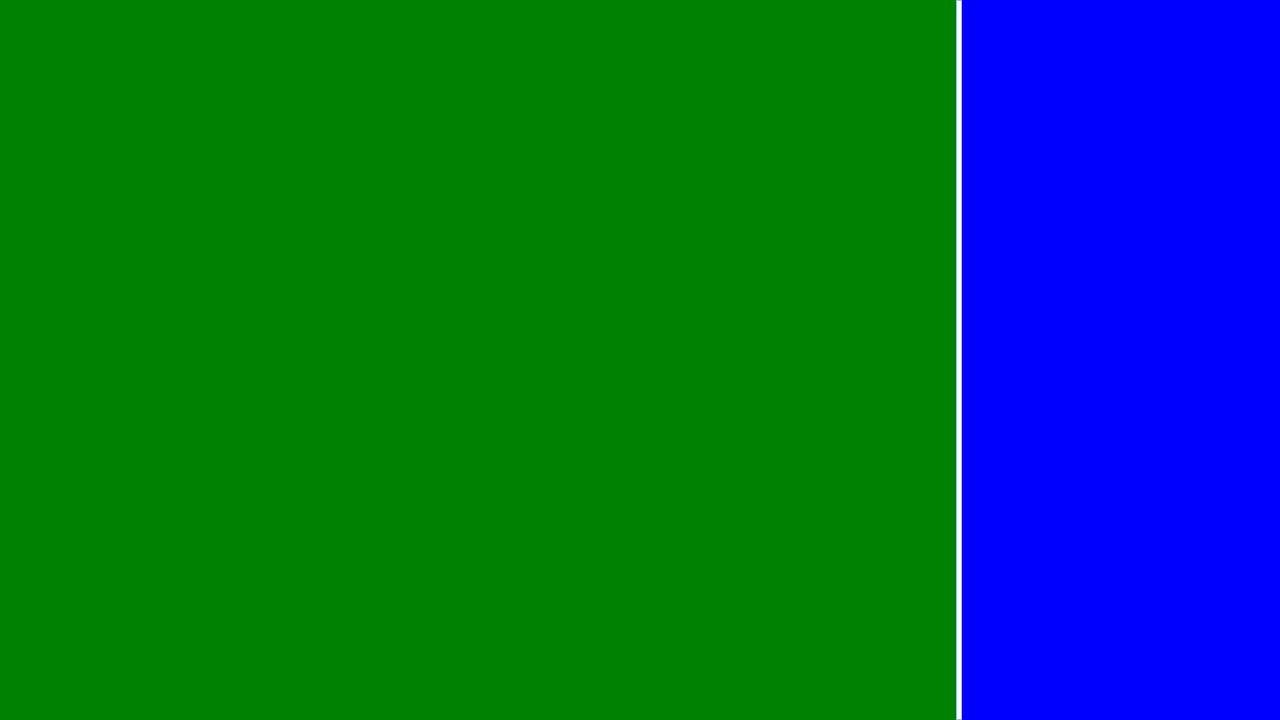
Repository: yshuf/Drag_left_-and-_right_-freely
Page: tuozhuai.html
The author's editor kept a copy of each file at every save. The page is drawn from the files as they stood at one save, then again after the next save.
The browser window is 1280 px wide. The pictures show the whole page.

Above is the page before, as saved 2020-08-01 16:21:51.

After the next save:
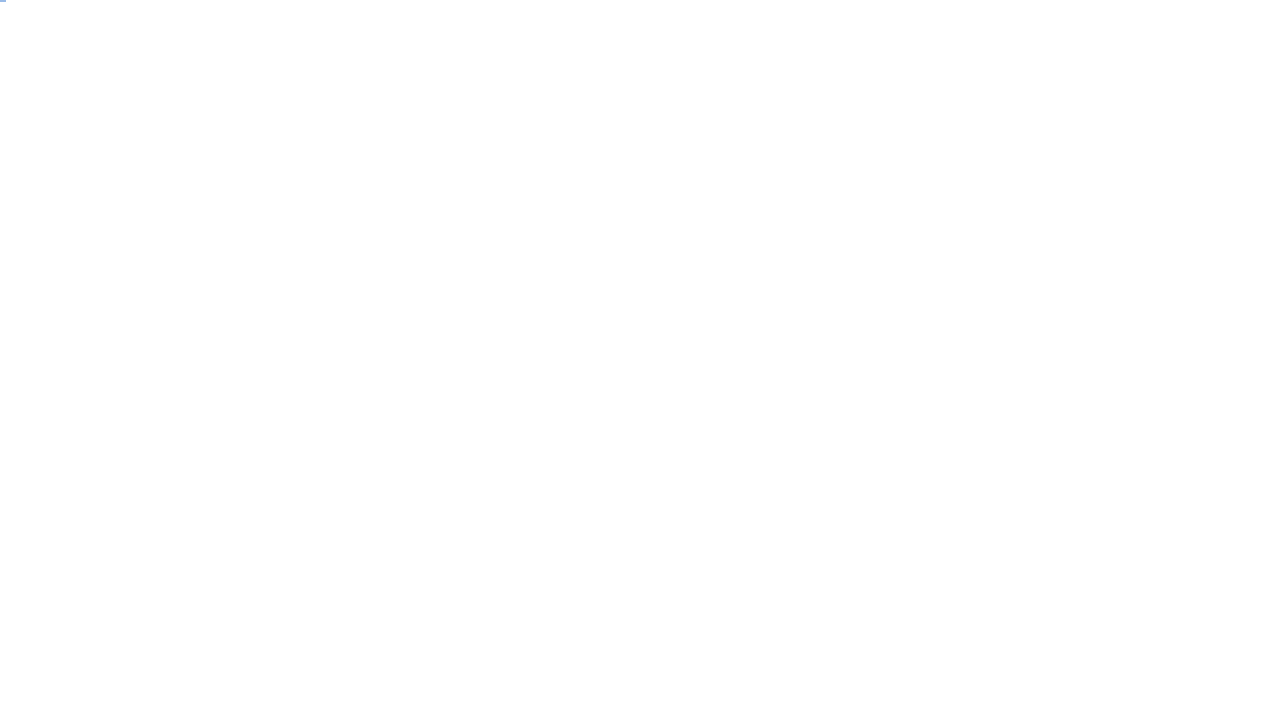
Console error: ReferenceError: reInitSize is not defined
Saved 75 min 4 s later.
--- a/index.js
+++ b/index.js
@@ -29,40 +29,3 @@ function getElCoordinate (dom) {
         left: l
     };
 };
-
-//分隔条幽灵左右拖动(mousemove)
-function sliderGhostMoving (e) {
-    jQuery("#divSG").css({
-        left: mousePosition(e).x - 2,
-        display: "block"
-    });
-};
-//完成分隔条左右拖动(mouseup)
-function sliderHorizontalMove (e) {
-    var lWidth = getElCoordinate(jQuery("#divSG")[0]).left - 2;
-    var rWidth = jQuery(window).width() - lWidth - 6;
-    jQuery("#divLeft").css("width", lWidth + "px");
-    jQuery("#divRight").css("width", rWidth + "px");
-    jQuery("#divSG").css("display", "none");
-};
-
-function reInitSize () {
-    var width = jQuery(window).width() - 6;
-    var height = jQuery(window).height();
-    jQuery("#divLeft").css({
-        height: height + "px",
-        width: width * 0.75 + "px"
-    });
-    jQuery("#divS").css({
-        height: height - 2 + "px",
-        width: "4px"
-    });
-    jQuery("#divSG").css({
-        height: height - 2 + "px",
-        width: "4px"
-    });
-    jQuery("#divRight").css({
-        height: height + "px",
-        width: width * 0.25 + "px"
-    });
-}

After the save that followed:
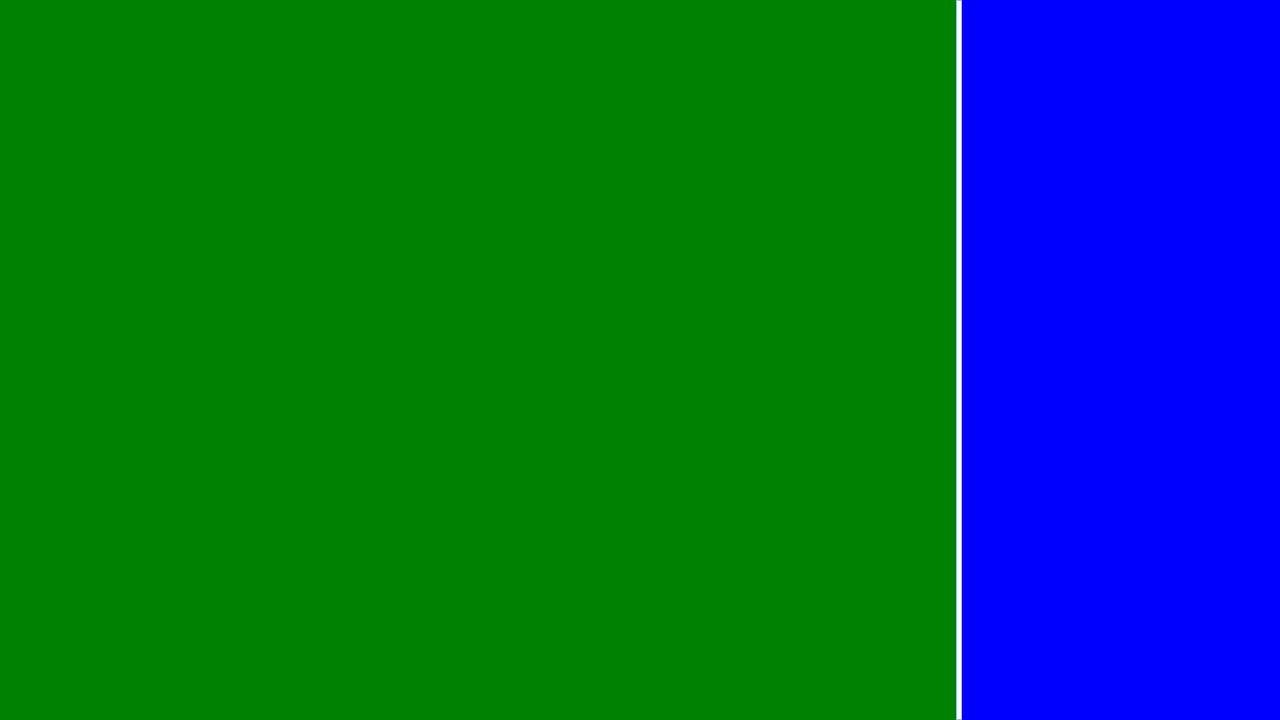
The error is gone.
Saved 12 s later.
--- a/tuozhuai.html
+++ b/tuozhuai.html
@@ -19,6 +19,44 @@
     </div>
 
     <script type="text/javascript">
+        //分隔条幽灵左右拖动(mousemove)
+        function sliderGhostMoving(e) {
+            jQuery("#divSG").css({
+                left: mousePosition(e).x - 2,
+                display: "block"
+            });
+        };
+        //完成分隔条左右拖动(mouseup)
+        function sliderHorizontalMove(e) {
+            var lWidth = getElCoordinate(jQuery("#divSG")[0]).left - 2;
+            var rWidth = jQuery(window).width() - lWidth - 6;
+            jQuery("#divLeft").css("width", lWidth + "px");
+            jQuery("#divRight").css("width", rWidth + "px");
+            jQuery("#divSG").css("display", "none");
+        };
+
+        function reInitSize() {
+            var width = jQuery(window).width() - 6;
+            var height = jQuery(window).height();
+            jQuery("#divLeft").css({
+                height: height + "px",
+                width: width * 0.75 + "px"
+            });
+            jQuery("#divS").css({
+                height: height - 2 + "px",
+                width: "4px"
+            });
+            jQuery("#divSG").css({
+                height: height - 2 + "px",
+                width: "4px"
+            });
+            jQuery("#divRight").css({
+                height: height + "px",
+                width: width * 0.25 + "px"
+            });
+        }
+
+
         jQuery(document).ready(function () {
             reInitSize();
 
